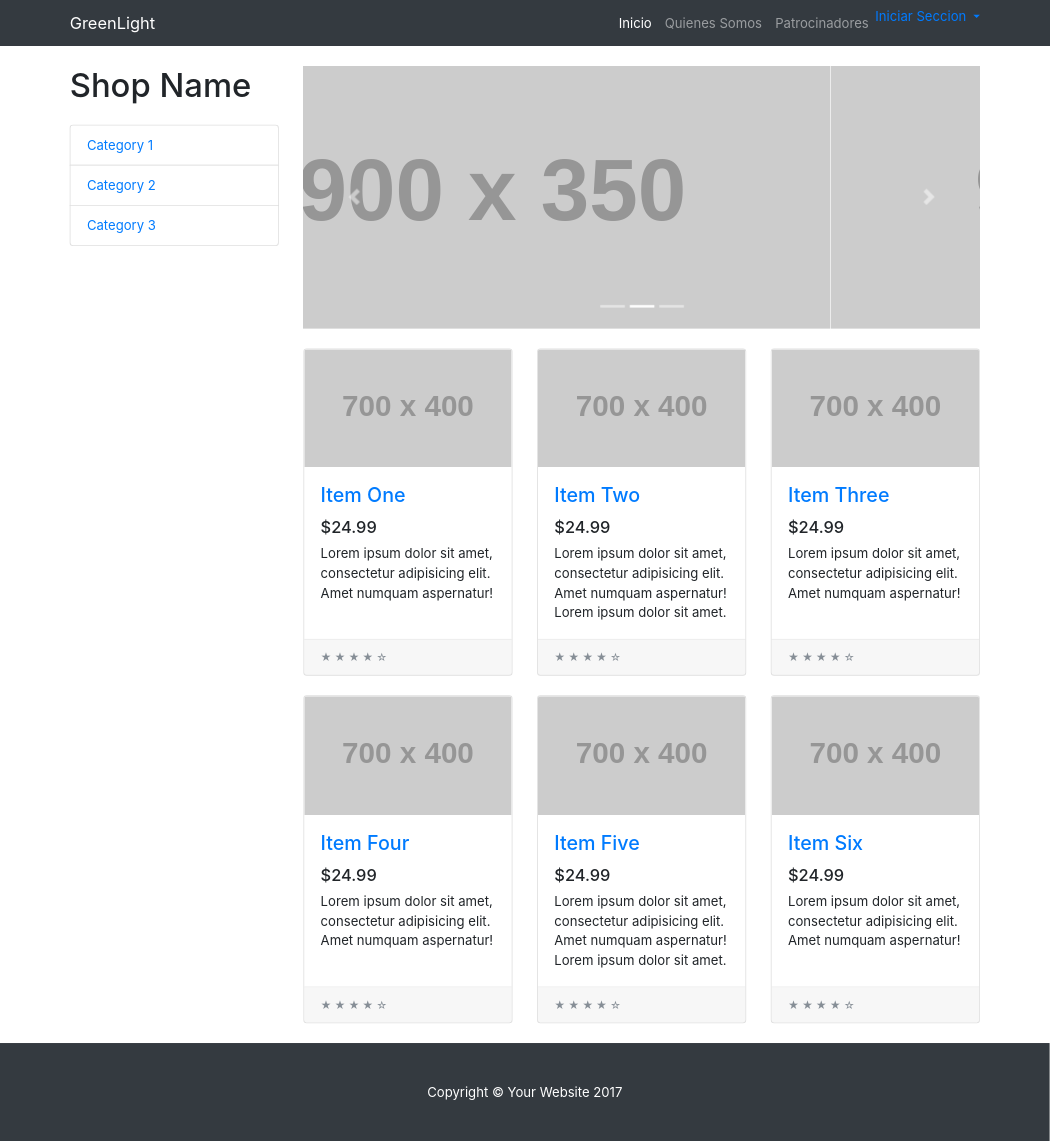
Repository: krojas1997/Test_Project
Page: http://localhost/GREENLIGHT/IniciarSeccion.jsp
An editor plug-in stored every save of this project. The page is shown before and after the next save, followed by the edit.
The browser window is 1280 px wide. The pictures show the whole page, at 82% of full size.
The page is served by Tomcat 9.

Above is the page before, as saved 2017-10-28 12:39:10.

After the next save:
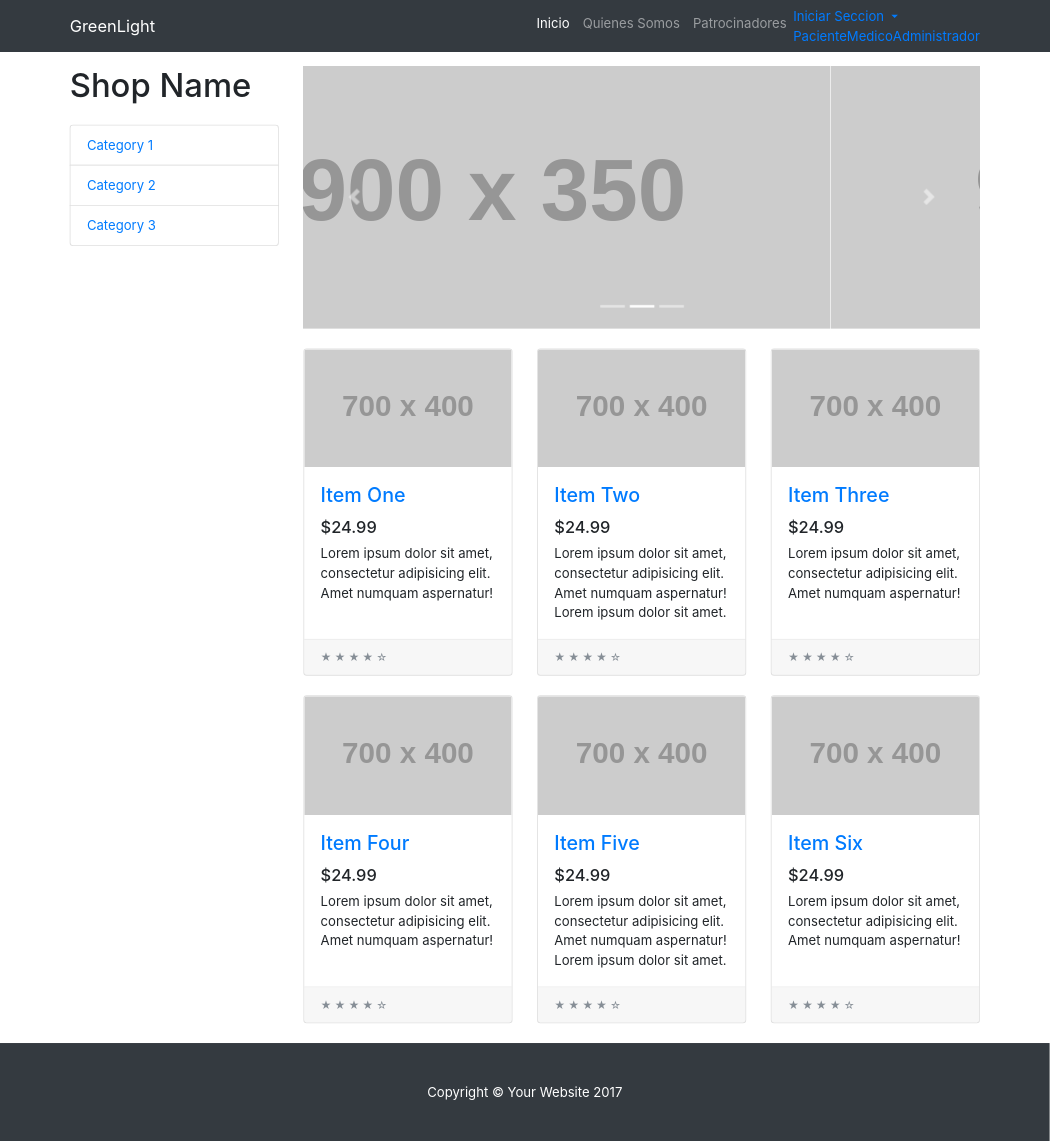
Saved 33 s later.
--- a/Test_GreenLight/GREENLIGHT/WebContent/IniciarSeccion.jsp
+++ b/Test_GreenLight/GREENLIGHT/WebContent/IniciarSeccion.jsp
@@ -69,7 +69,7 @@
  		<li class="nav-item active">
         <a class="dropdown-toggle" data-toggle="dropdown" href="#">Iniciar Seccion
         <span class="caret"></span></a>
-        <ul class="dropdown-menu">
+        <ul class="navbar-nav ml-auto">
           <li><a href="IniciarSeccion.jsp">Paciente</a></li>
           <li><a href="Administrador.jsp">Medico</a></li>
           <li><a href="Administrador.jsp">Administrador</a></li>

After the save that followed:
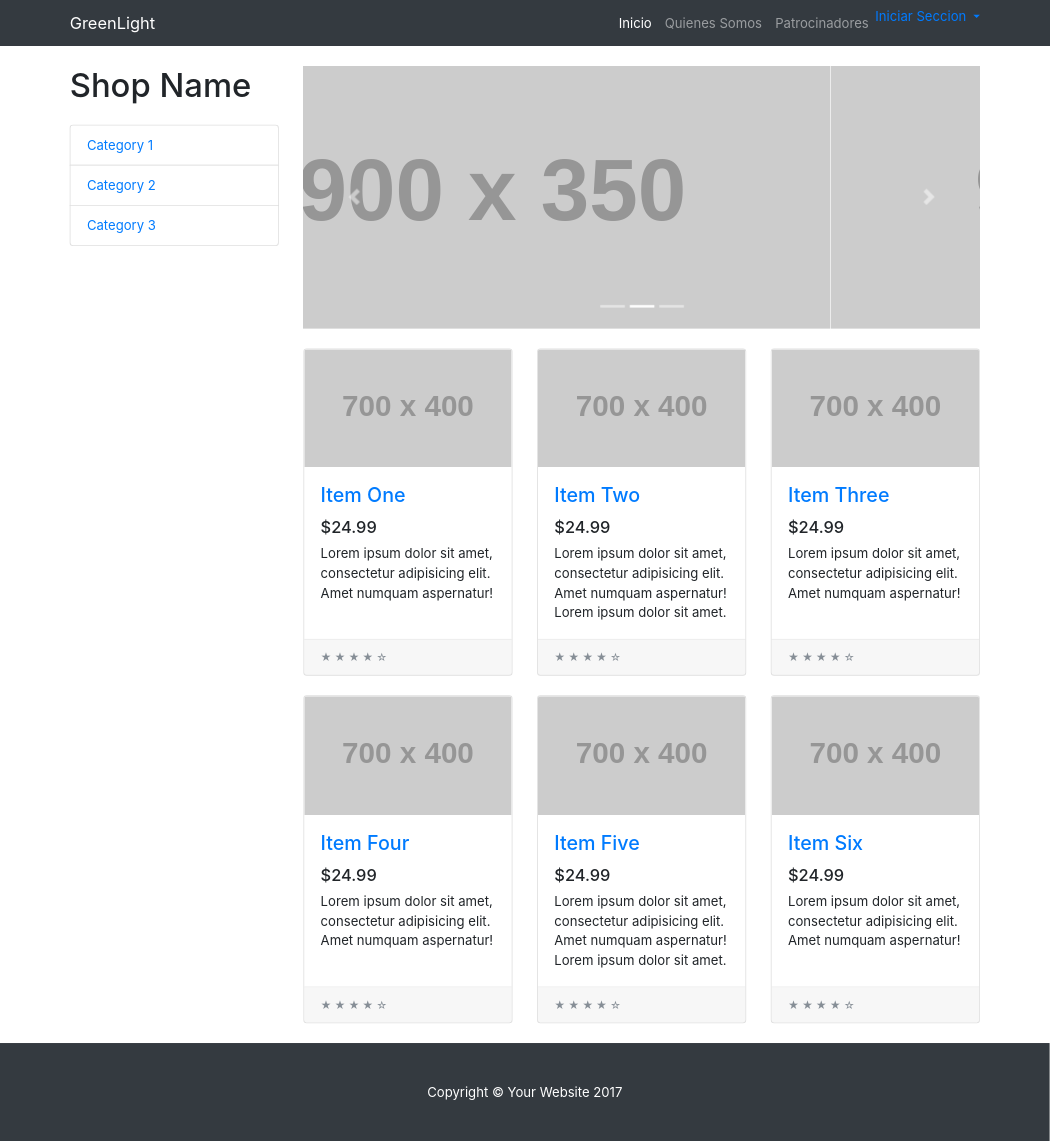
Saved 21 s later.
--- a/Test_GreenLight/GREENLIGHT/WebContent/IniciarSeccion.jsp
+++ b/Test_GreenLight/GREENLIGHT/WebContent/IniciarSeccion.jsp
@@ -69,7 +69,7 @@
  		<li class="nav-item active">
         <a class="dropdown-toggle" data-toggle="dropdown" href="#">Iniciar Seccion
         <span class="caret"></span></a>
-        <ul class="navbar-nav ml-auto">
+        <ul class="dropdown-menu">
           <li><a href="IniciarSeccion.jsp">Paciente</a></li>
           <li><a href="Administrador.jsp">Medico</a></li>
           <li><a href="Administrador.jsp">Administrador</a></li>
